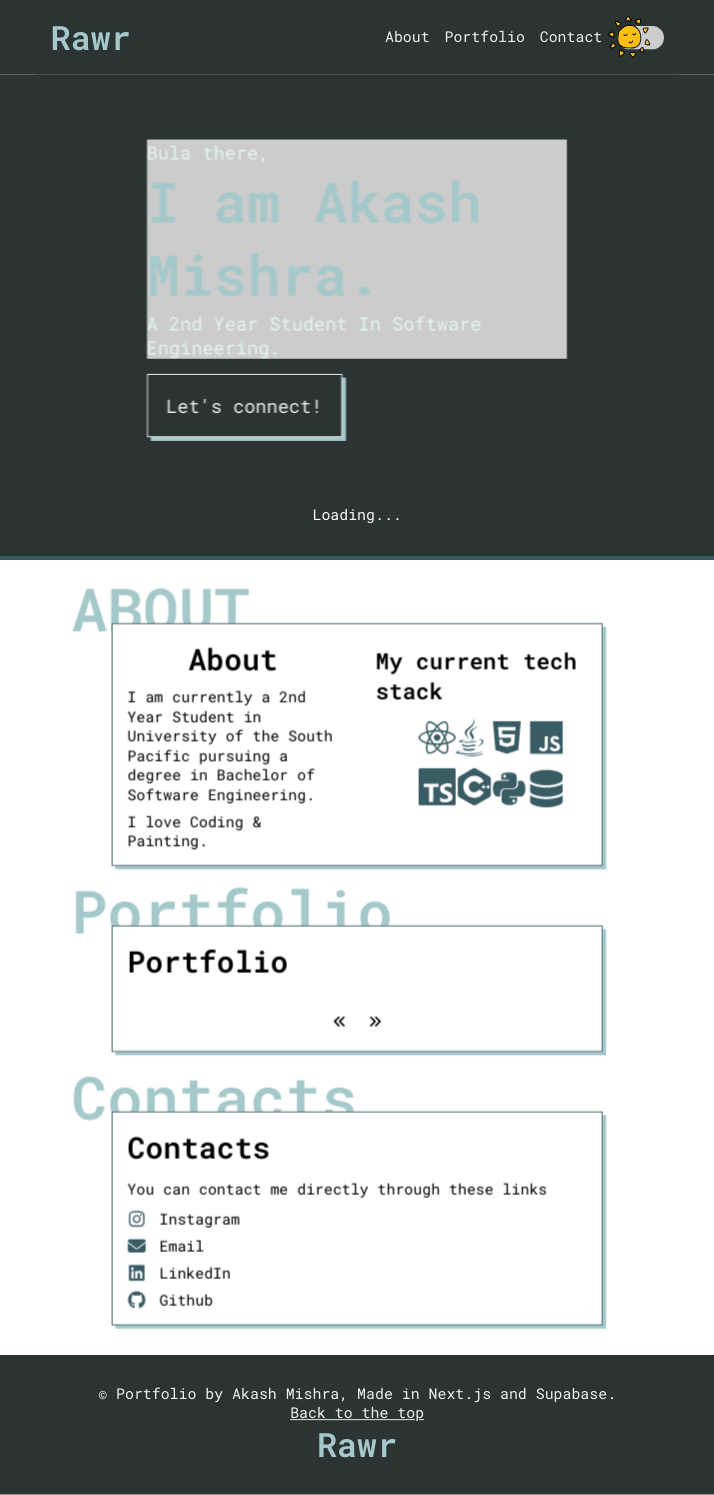
Repository: akashrawr/personal-portfolio
Page: /
These files come from the project's save history. The page is drawn as it stood at one moment and after the next save; the edit follows.
The browser window is 768 px wide. The pictures show the whole page, at 93% of full size.
The page's requests for data from a server got no answer. The project was rebuilt for these pictures with package versions that can differ from the ones it lists, and the page was loaded fresh each time. The framework's server and built-in components were replaced by stand-ins that run in the browser. No one was signed in, and anything a server would have sent is missing. Also part of the build but not shown: next.config.ts.

Above is the page before, as saved 2025-01-03 20:40:51.

After the next save:
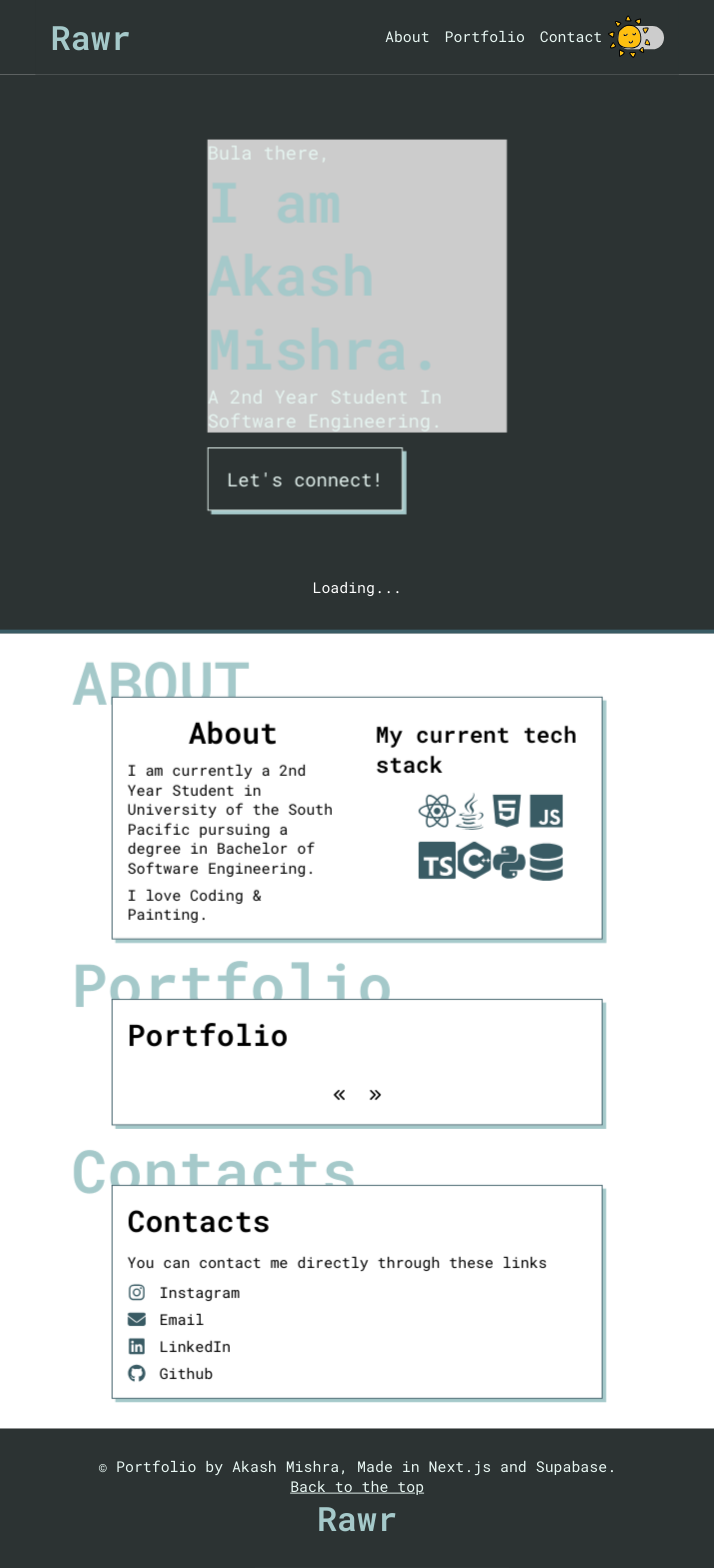
Saved 14 s later.
--- a/app/globals.css
+++ b/app/globals.css
@@ -302,6 +302,7 @@ color:white;
 @media screen and (max-width: 768px) {
   .hero-main-container {
     flex-direction: column;
+    max-width: 75%;
   }
   .hero-img {
     margin-top: 20px;
